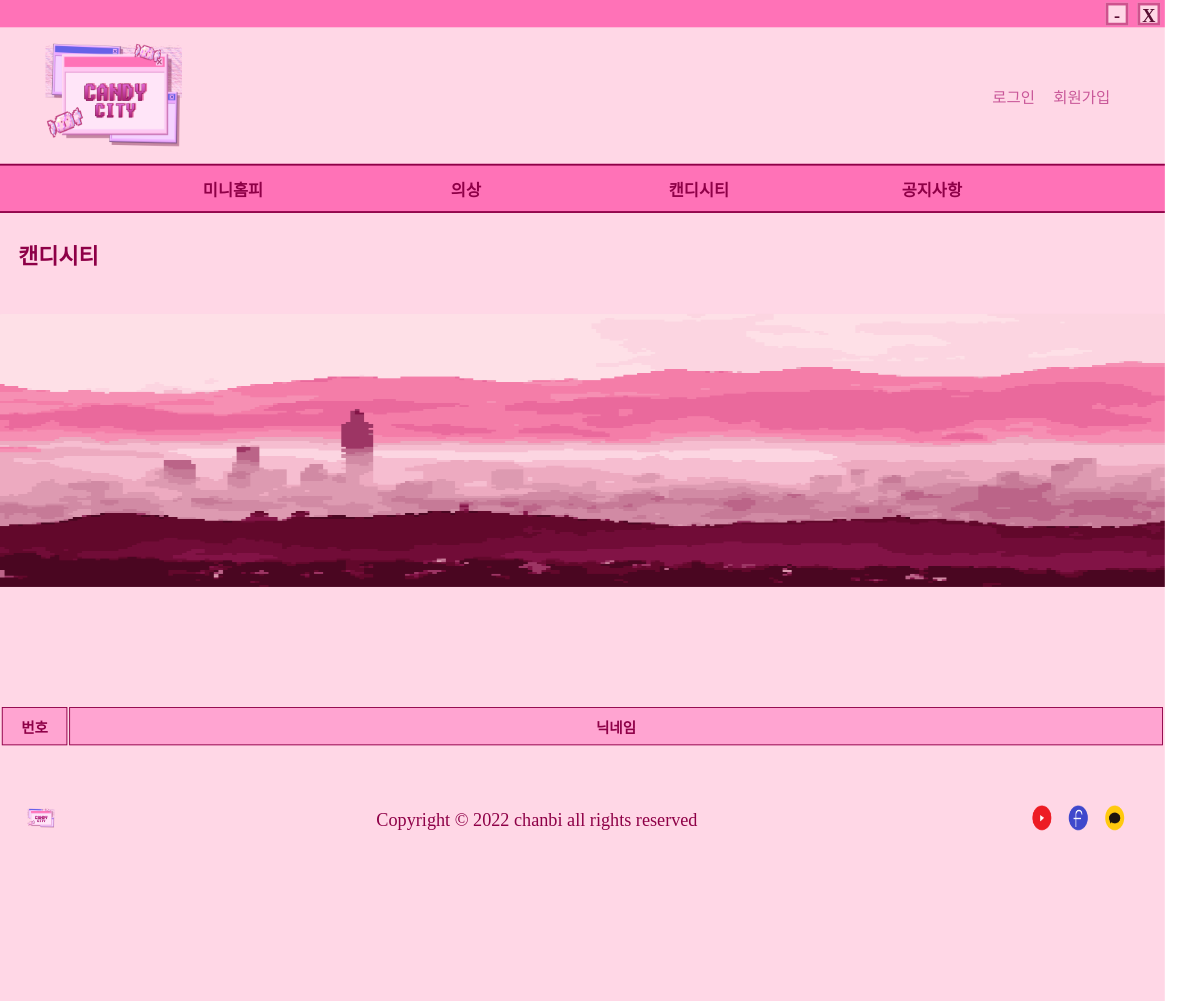
Repository: chanbiM/candyCityProject
Page: http://localhost/CandyCityProj/getCandyCityList
The author's editor kept a copy of each file at every save. The page is drawn from the files as they stood at one save, then again after the next save.
The browser window is 1280 px wide. The page is 1310 px wide, so the pictures cover 1310 px, including what lies to the right of the window. The pictures show the whole page, at 91% of full size.
Some web fonts or font styles are not loaded; a fallback is used. The page is served by Tomcat 9. Queries for data that is not in the repository find no rows.

Above is the page before, as saved 2022-11-20 05:43:29.

After the next save:
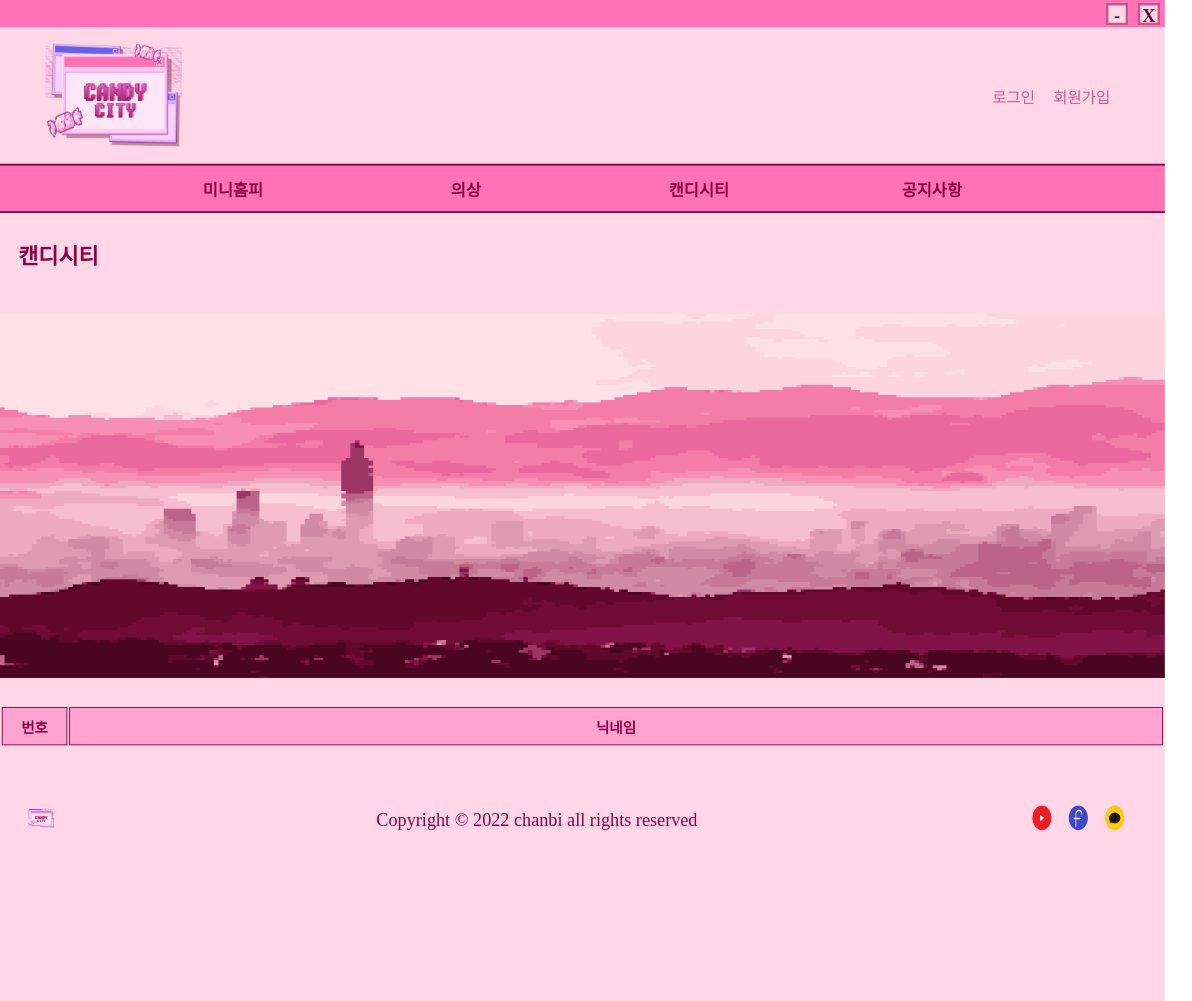
Saved 7 s later.
--- a/CandyCityProj/WebContent/member/character/candyCity.jsp
+++ b/CandyCityProj/WebContent/member/character/candyCity.jsp
@@ -25,7 +25,7 @@
 
 	<div class="candyCity">
 
-		<img alt="캔디시티 배경" src="/images/candycityBack.png" id="candy_back" width="1280" height="300">
+		<img alt="캔디시티 배경" src="/images/candycityBack.png" id="candy_back" width="1280" height="400">
 	</div>
 
 
